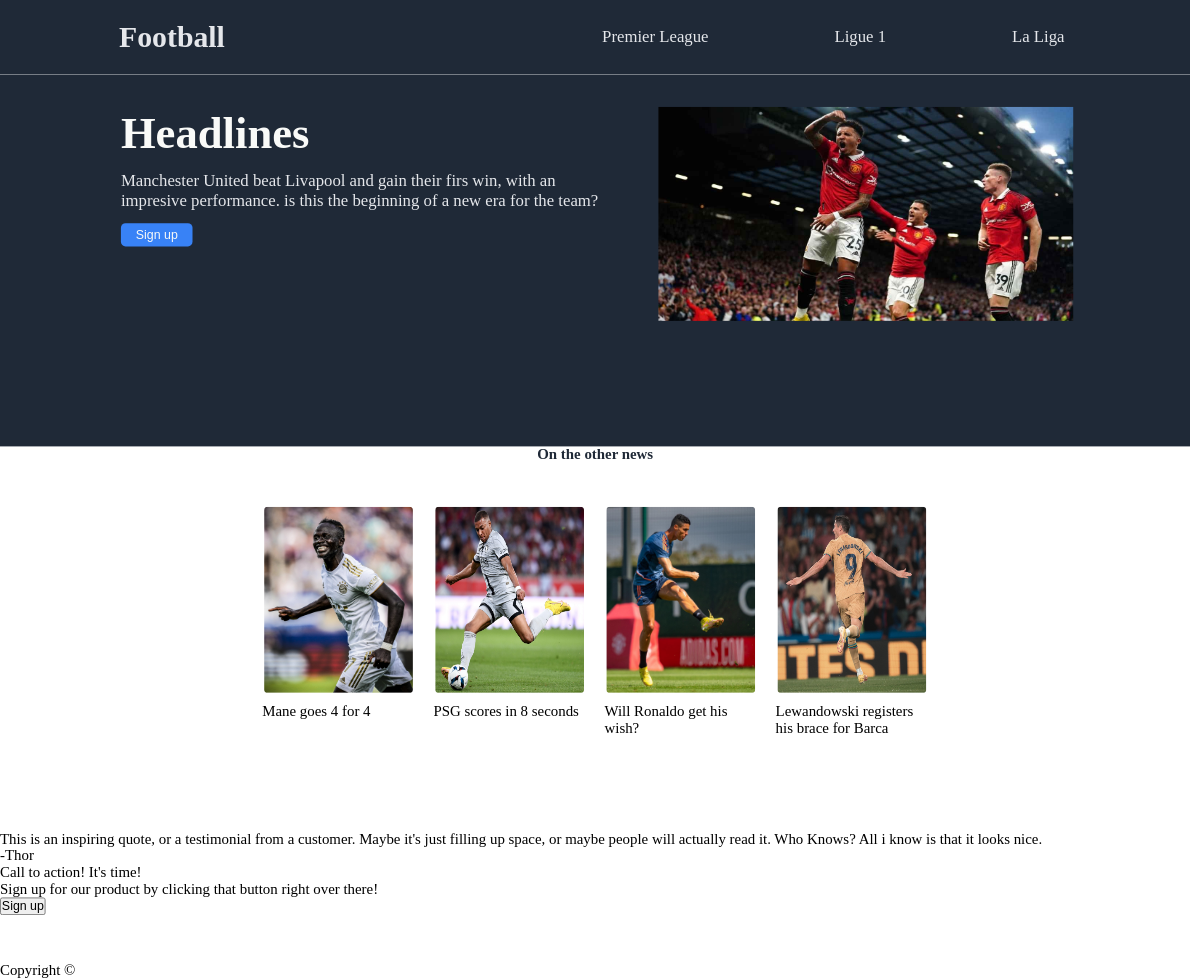
Repository: MhlengiNgubane/Brainnest_CSS
Page: index.html
The author's editor kept a copy of each file at every save. The page is drawn from the files as they stood at one save, then again after a run of saves.
The browser window is 1280 px wide. The pictures show the whole page, at 93% of full size.

Above is the page before, as saved 2022-08-28 00:39:56.

After the next 4 saves:
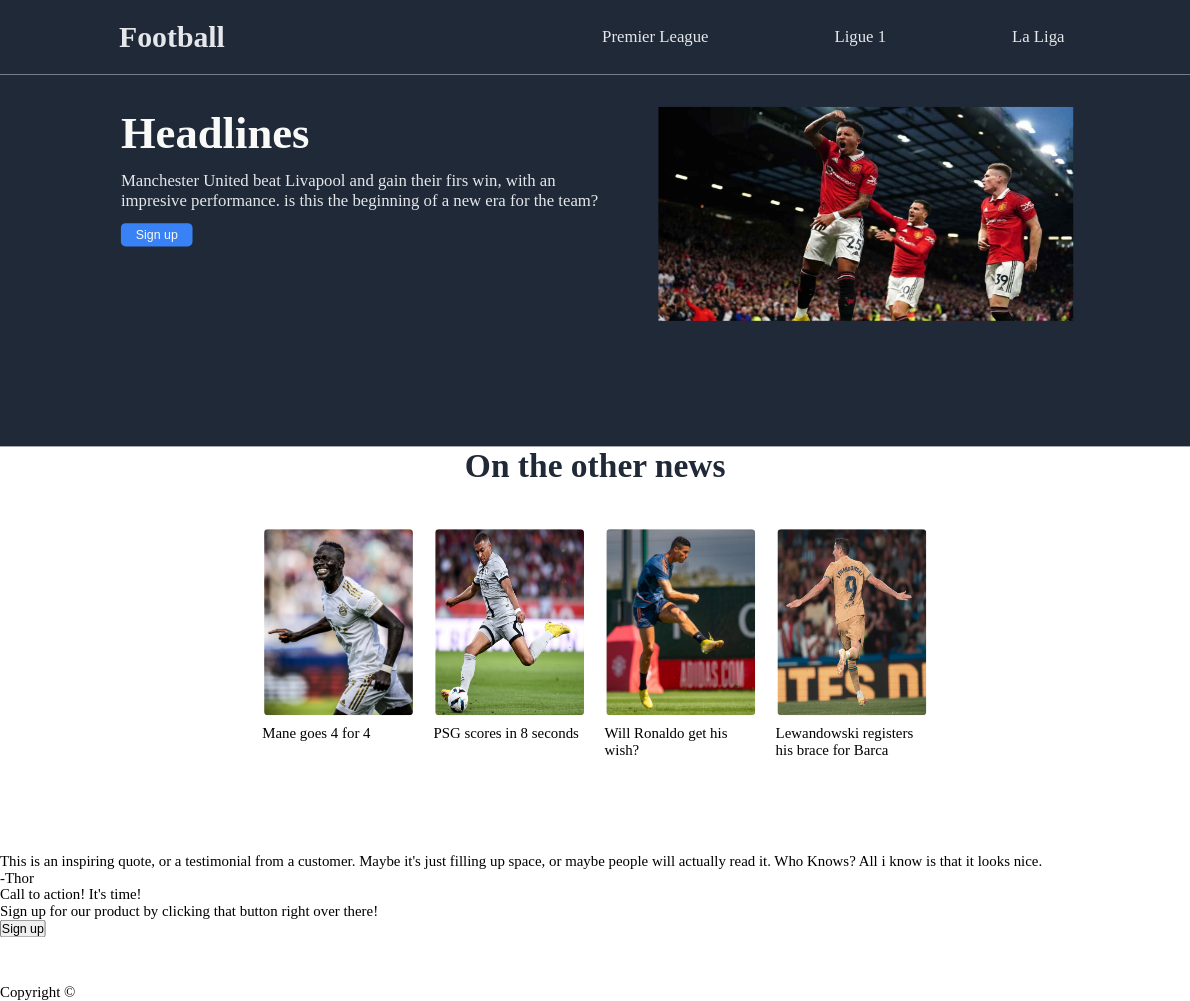
The 4 saves are shown as one change because they came seconds apart.
The last was saved 10 s later.
--- a/css/style.css
+++ b/css/style.css
@@ -86,7 +86,7 @@
 .main-header {
     color: #1F2937;
     text-align: center;
-    margin: 0px
+    margin: 0px 36px;
     font-size: 36px;
 }
 .images {
